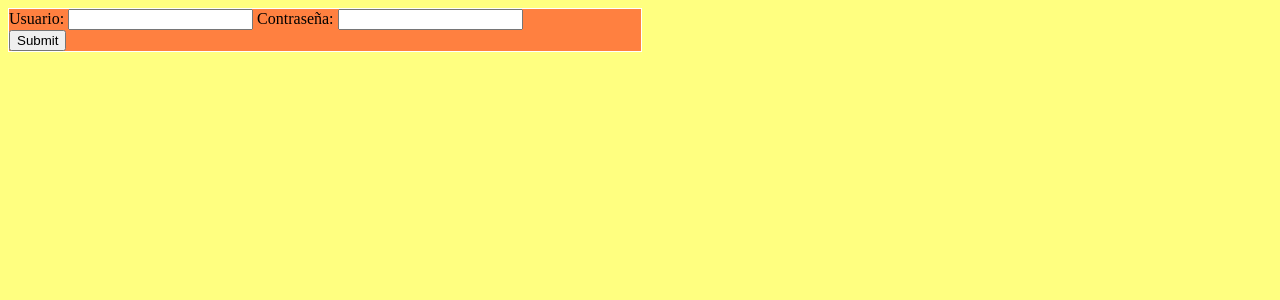
Repository: salvadorsobrino/Ejercicio5ServletJSP
Page: http://localhost/Ejercicio5/
These files come from the project's save history. The page is drawn as it stood at one moment and after the next save; the edit follows.
The browser window is 1280 px wide. The pictures show the whole page.
The page is served by Tomcat 9.

Above is the page before, as saved 2022-03-11 09:30:17.

After the next save:
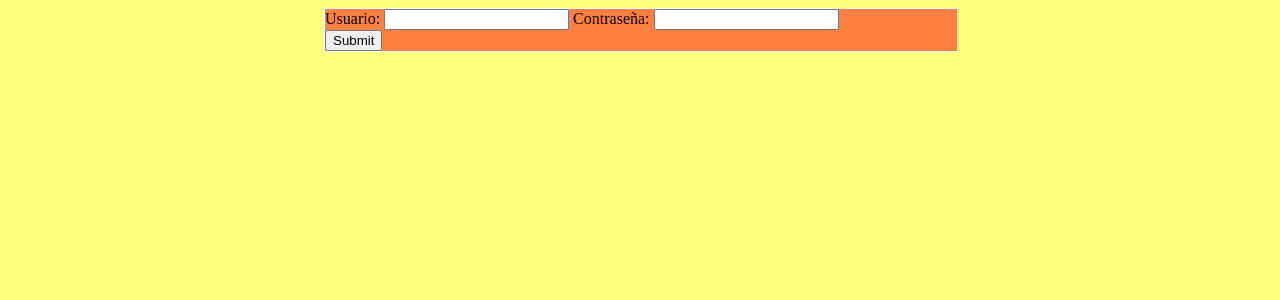
Saved 7 s later.
--- a/Ejercicio5/src/main/webapp/index.css
+++ b/Ejercicio5/src/main/webapp/index.css
@@ -12,7 +12,7 @@ body{
 	border-width: thin;
 	border-color: white;
 	width: 50%;
-	margin
+	margin-left: 25%;
 
 }
 a:link {
